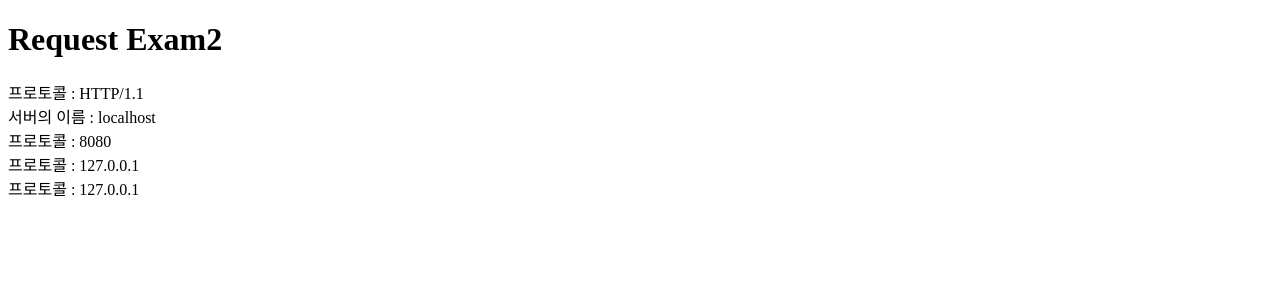
Repository: kimwoongasd/JSPAndServlet
Page: http://localhost/day1221/22_request1.jsp
These files come from the project's save history. The page is drawn as it stood at one moment and after the next save; the edit follows.
The browser window is 1280 px wide. The pictures show the whole page.
The page is served by Tomcat 9. Other server files are loaded and not shown.

Above is the page before, as saved 2023-12-21 07:22:04.

### day1221/src/main/webapp/22_request1.jsp
<%@ page language="java" contentType="text/html; charset=UTF-8"
    pageEncoding="UTF-8"%>
<!DOCTYPE html>
<html>
<head>
<meta charset="UTF-8">
<title>Insert title here</title>
</head>
<body>
	<%
		// 프로토콜(통신규약)을 읽어온다
		String protocol = request.getProtocol();
		// 서버의 이름을 읽어온다
		String serverNmae = request.getServerName();
		// 포트번호를 읽어온다
		int serverPort = request.getServerPort();
		// 요청한 클라이언트의 ip주소를 가져온다
		String remoteAddr = request.getRemoteAddr();
		// 서버 컴퓨터의 이름을 읽어온다
		String remoteHost = request.getRemoteHost();
		// 서비스 요청방식을 읽어온다
		String method = request.getMethod();
		// 클라이언트가 웹브라우저에 입력한 주소표시줄의 내용을 HTTP부터 모두 읽어온다
		StringBuffer requestURL = request.getRequestURL();
		// 클라이언트가 웹브라우저의 입력한 주수표시줄의 내용중에 컨텍스트명부터 읽어온다
		String requestURI = request.getRequestURI();
		// 클라이언트의 접속한 웹브라우저의 정보를 읽어온다
		String userBrowser = request.getHeader("User-Agent");
		// 클라이언트가 접속한 웹브라우저가 지원가능한 파일타입을 모두 읽어온다
		String fileType = request.getHeader("Accept");
	%>

	<h1>Request Exam2</h1>
	프로토콜 : <%=protocol %><br>
	서버의 이름 : <%=serverNmae %><br>
	프로토콜 : <%=serverPort %><br>
	프로토콜 : <%=remoteAddr %><br>
	프로토콜 : <%=remoteHost %><br>
</body>
</html>

After the next save:
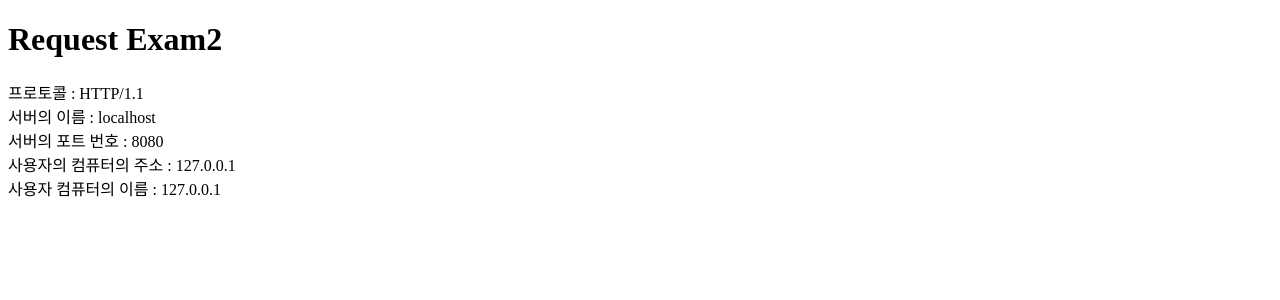
Saved 30 s later.
--- a/day1221/src/main/webapp/22_request1.jsp
+++ b/day1221/src/main/webapp/22_request1.jsp
@@ -33,8 +33,8 @@
 	<h1>Request Exam2</h1>
 	프로토콜 : <%=protocol %><br>
 	서버의 이름 : <%=serverNmae %><br>
-	프로토콜 : <%=serverPort %><br>
-	프로토콜 : <%=remoteAddr %><br>
-	프로토콜 : <%=remoteHost %><br>
+	서버의 포트 번호 : <%=serverPort %><br>
+	사용자의 컴퓨터의 주소 : <%=remoteAddr %><br>
+	사용자 컴퓨터의 이름 : <%=remoteHost %><br>
 </body>
 </html>
